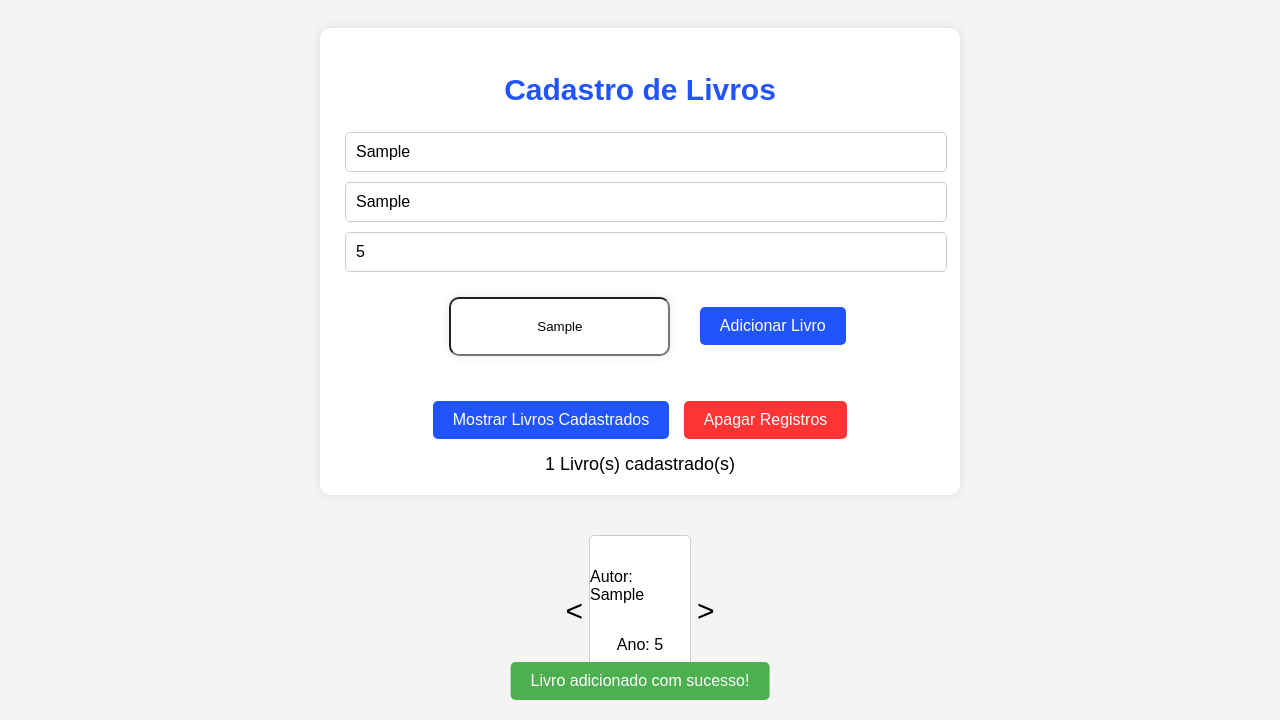
Repository: Matheus904-12/JS-BIN
Page: index.html
These files come from the project's save history. The page is drawn as it stood at one moment and after the next save; the edit follows.
The browser window is 1280 px wide. The pictures show the whole page.
Empty fields were first filled with sample values (such as "Sample", 5 or name@example.com).
After loading, the first visible `#adicionar` was clicked once.
Pictures or frames that could not be fetched are drawn as grey boxes.

Above is the page before, as saved 2023-09-10 21:23:40.

### index.html
<!DOCTYPE html>
<html lang="pt-br">

<head>
    <meta charset="UTF-8">
    <meta name="viewport" content="width=device-width, initial-scale=1.0">
    <title>Biblioteca</title>
    <link rel="stylesheet" href="style.css">
</head>

<body>
    <section class="container">
        <h1 class="titulo">Cadastro de Livros</h1>
        <div class="formulario">
            <input class="input" id="nome" placeholder="Título do Livro" type="text">
            <input class="input" id="autor" placeholder="Autor" type="text">
            <input class="input" id="ano" placeholder="Ano de Publicação" type="number">
            <input class="container form txt" id="urlImagem" placeholder="URL da Imagem" type="text">

            <button class="botao" id="adicionar">Adicionar Livro</button>
        </div>
        <div class="botoes">
            <button class="botao" id="mostrar">Mostrar Livros Cadastrados</button>
            <button class="botao" id="remover">Apagar Registros</button>
        </div>
        <div id="information" class="informacao"></div>
    </section>

    <section class="carrossel">
        <button class="seta" id="ante">&lt;</button>
        <div id="livros" class="livros-box"></div>
        <button class="seta" id="prox">&gt;</button>
    </section>

    <script src="script.js"></script>
</body>

</html>

### style.css
/* Adicione este CSS ao seu arquivo style.css */

body {
    font-family: Arial, sans-serif;
    background-color: #f4f4f4;
    display: flex;
    flex-direction: column;
    align-items: center;
}

.container {
    background-color: #fff;
    border-radius: 10px;
    padding: 20px;
    margin: 20px;
    text-align: center;
    max-width: 600px;
    box-shadow: 0 0 10px rgba(0, 0, 0, 0.1);
}

.titulo {
    font-size: 30px;
    margin-bottom: 20px;
    color: #2154fb;
}

.formulario {
    margin-bottom: 20px;
}

.input {
    padding: 10px;
    margin: 5px;
    width: calc(100% - 20px);
    border: 1px solid #ccc;
    border-radius: 5px;
    font-size: 16px;
}

.botao {
    padding: 10px 20px;
    margin: 5px;
    border: none;
    border-radius: 5px;
    font-size: 16px;
    cursor: pointer;
}

.botao#adicionar {
    background-color: #2154fb;
    color: #fff;
}

.botao#mostrar {
    background-color: #2154fb;
    color: #fff;
}

.botao#remover {
    background-color: #ff3434;
    color: #fff;
}

.informacao {
    font-size: 18px;
    margin-top: 10px;
}

.carrossel {
    display: flex;
    align-items: center;
    margin-top: 20px;
}

.livros-box {
    display: flex;
    gap: 10px;
    overflow-x: auto;
}

.livro {
    width: 100px;
    height: 150px;
    background-color: #fff;
    border: 1px solid #ccc;
    border-radius: 5px;
    display: flex;
    flex-direction: column;
    justify-content: center;
    align-items: center;
}

.livro img {
    max-width: 80px;
    max-height: 100px;
    object-fit: cover;
}

.seta {
    font-size: 30px;
    background-color: transparent;
    border: none;
    cursor: pointer;
}

.seta:focus {
    outline: none;
}

.mensagem {
    position: fixed;
    bottom: 20px;
    left: 50%;
    transform: translateX(-50%);
    background-color: #4caf50;
    color: white;
    padding: 10px 20px;
    border-radius: 5px;
    opacity: 1;
    transition: opacity 1s;
}

### script.js
const ESTANTE = [];
const IMAGENS = [];

function cadastrar(titulo, autor, ano) {
    let livro = {
        tituloLivro: titulo,
        autorLivro: autor,
        anoPub: ano
    }
    ESTANTE.push(livro);
}

let addButton = document.getElementById('adicionar');
let showButton = document.getElementById('mostrar');
let removeButton = document.getElementById('remover');
let prevButton = document.getElementById('ante');
let nextButton = document.getElementById('prox');
let indice = 0;
let info = document.getElementById('information');

addButton.addEventListener("click", () => {
    let titulo = document.querySelector('#nome').value;
    let autor = document.querySelector('#autor').value;
    let ano = document.querySelector('#ano').value;
    cadastrar(titulo, autor, ano);
    let imgsGuardadas = ['img/img1.png', 'img/img2.png', 'img/img3.png'];
    IMAGENS.push(imgsGuardadas[indice]);
    let livrosBox = document.getElementById('livros');
    let novoLivro = document.createElement('div');
    novoLivro.classList.add('livro');
    novoLivro.innerHTML = `<h3>${titulo}</h3><p>Autor: ${autor}</p><p>Ano: ${ano}</p><img src="${IMAGENS[indice]}" alt="${titulo}">`;
    livrosBox.appendChild(novoLivro);
    ++indice;
    info.innerHTML = `${IMAGENS.length} Livro(s) cadastrado(s)`;

    let mensagem = document.createElement('div');
    mensagem.classList.add('mensagem');
    mensagem.innerHTML = 'Livro adicionado com sucesso!';
    document.body.appendChild(mensagem);

    setTimeout(() => {
        mensagem.style.opacity = 0;
        setTimeout(() => {
            mensagem.remove();
        }, 1000);
    }, 3000);
});

showButton.addEventListener("click", () => {
    for (let item of ESTANTE) {
        let novo = document.createElement('h2');
        novo.innerHTML = `Livro: ${item.tituloLivro}, Autor(a): ${item.autorLivro}, Ano: ${item.anoPub}`;
        let livrosBox = document.getElementById('livros');
        let novoLivro = document.createElement('div');
        novoLivro.classList.add('livro');
        novoLivro.innerHTML = `<h3>${item.tituloLivro}</h3><p>Autor: ${item.autorLivro}</p><p>Ano: ${item.anoPub}</p><img src="img/default.png" alt="${item.tituloLivro}">`;
        livrosBox.appendChild(novoLivro);
    }
});

removeButton.addEventListener("click", () => {
    let livrosBox = document.getElementById('livros');
    livrosBox.innerHTML = "";
    ESTANTE.length = 0;
    IMAGENS.length = 0;
    info.innerHTML = "Nenhum livro cadastrado";
    indice = 0;
});

let i = 0
let img = document.getElementById('img');

prevButton.addEventListener('click', () => {
    if (i > 0) {
        img.src = IMAGENS[--i];
    }
});

nextButton.addEventListener('click', () => {
    if (i < IMAGENS.length - 1) {
        img.src = IMAGENS[++i];
    }
});

After the next save:
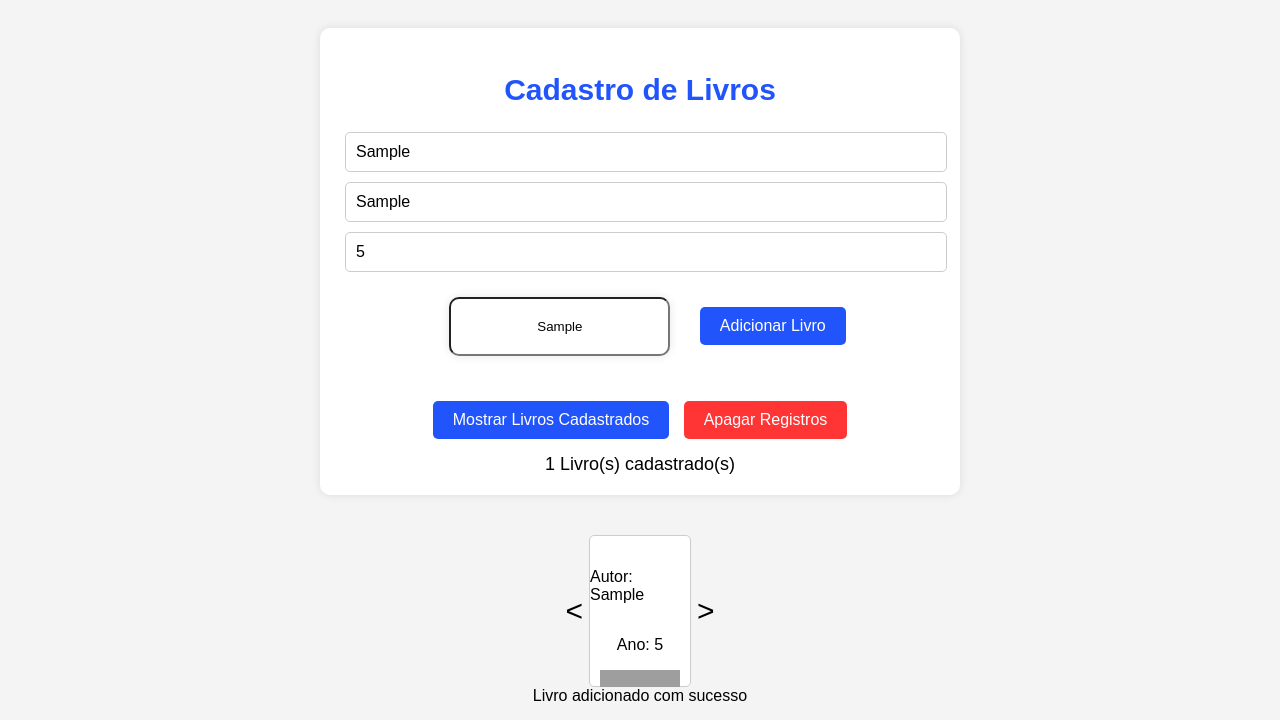
Saved 5 min 36 s later.
--- a/script.js
+++ b/script.js
@@ -17,6 +17,7 @@ let prevButton = document.getElementById('ante');
 let nextButton = document.getElementById('prox');
 let indice = 0;
 let info = document.getElementById('information');
+let livrosBox = document.getElementById('livros');
 
 addButton.addEventListener("click", () => {
     let titulo = document.querySelector('#nome').value;
@@ -25,7 +26,6 @@ addButton.addEventListener("click", () => {
     cadastrar(titulo, autor, ano);
     let imgsGuardadas = ['img/img1.png', 'img/img2.png', 'img/img3.png'];
     IMAGENS.push(imgsGuardadas[indice]);
-    let livrosBox = document.getElementById('livros');
     let novoLivro = document.createElement('div');
     novoLivro.classList.add('livro');
     novoLivro.innerHTML = `<h3>${titulo}</h3><p>Autor: ${autor}</p><p>Ano: ${ano}</p><img src="${IMAGENS[indice]}" alt="${titulo}">`;
@@ -33,17 +33,17 @@ addButton.addEventListener("click", () => {
     ++indice;
     info.innerHTML = `${IMAGENS.length} Livro(s) cadastrado(s)`;
 
+    // Adicionando mensagem de sucesso
     let mensagem = document.createElement('div');
-    mensagem.classList.add('mensagem');
-    mensagem.innerHTML = 'Livro adicionado com sucesso!';
+    mensagem.classList.add('sucesso');
+    mensagem.innerText = 'Livro adicionado com sucesso';
     document.body.appendChild(mensagem);
-
     setTimeout(() => {
-        mensagem.style.opacity = 0;
+        mensagem.style.opacity = '0';
         setTimeout(() => {
             mensagem.remove();
         }, 1000);
-    }, 3000);
+    }, 2000);
 });
 
 showButton.addEventListener("click", () => {
